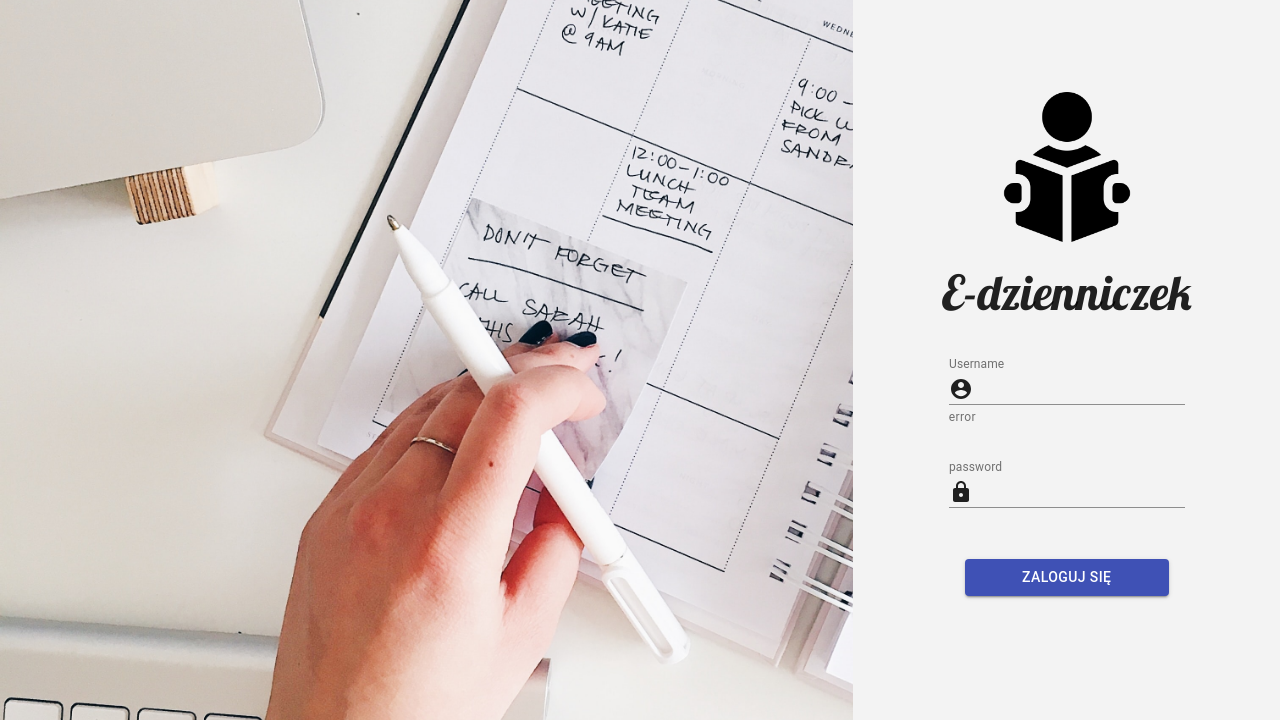
Repository: dominik3131/E-dzienniczek
Page: /
An editor plug-in stored every save of this project. The page is shown before and after a run of saves, followed by the edit.
The browser window is 1280 px wide. The pictures show the whole page.
The project was rebuilt for these pictures with package versions that can differ from the ones it lists, and the page was loaded fresh each time.

Above is the page before, as saved 2020-11-17 15:52:09.

### public/index.html
<!DOCTYPE html>
<html lang="en">

<head>
  <meta charset="utf-8" />
  <meta name="viewport" content="width=device-width, initial-scale=1" />
  <meta name="theme-color" content="#f3f3f3" />
  <meta name="description" content="Web site created using create-react-app" />
  <link rel="stylesheet" type="text/css" href="//fonts.googleapis.com/css?family=Lobster" />
  <title>React App</title>
</head>

<body>
  <noscript>You need to enable JavaScript to run this app.</noscript>
  <div id="root"></div>
  <!--
      This HTML file is a template.
      If you open it directly in the browser, you will see an empty page.

      You can add webfonts, meta tags, or analytics to this file.
      The build step will place the bundled scripts into the <body> tag.

      To begin the development, run `npm start` or `yarn start`.
      To create a production bundle, use `npm run build` or `yarn build`.
    -->
</body>

</html>

### src/App.js
import "./App.css";
import { BrowserRouter as Router, Route, Switch } from "react-router-dom";
import LoginPageContainer from "./containers/LoginPageContainer";
//Initial page

function App() {
  return (
    <div className="App">
      <Router>
        <Switch>
          <Route path="/" exact component={LoginPageContainer} />
        </Switch>
      </Router>
    </div>
  );
}

export default App;

### src/App.css
*,
*::before,
*::after {
  box-sizing: border-box;
}

body {
  min-width: 280px;
}

.app {
  min-width: 100vw;
  min-height: 100vh;
  overflow: hidden;
}

### src/containers/LoginPageContainer/index.js
import React from "react";
import {
  MuiThemeProvider,
  createMuiTheme,
  makeStyles,
} from "@material-ui/core/styles";
import { CssBaseline, Grid, Box } from "@material-ui/core";
import useMediaQuery from "@material-ui/core/useMediaQuery";
import Typography from "@material-ui/core/Typography";
import background from "../../assets/background.jpg";
import { loginPanel as backgroundPanelColor } from "../../styles/background";
import readingBook from "../../assets/reading-book.png";
import LoginForm from "../../components/LoginForm/LoginForm";
import withLogin from "../../shared/withLogin";

const LoginFormWithHandleErrorAndLoading = withLogin(LoginForm);

const theme = createMuiTheme({
  overrides: {
    MuiCssBaseline: {
      "@global": {
        body: {
          background: `url(${background}) no-repeat fixed left `,
          backgroundSize: `100%`,
        },
      },
    },
  },
});

const useStyles = makeStyles((theme) => ({
  root: {
    display: "flex",
    flexDirection: "column",
    justifyContent: "center",
    alignItems: "center",
    minHeight: "100vh",
    width: "100%",
    backgroundColor: backgroundPanelColor,
  },
  img: {
    [theme.breakpoints.down("sm")]: {
      width: "100px",
    },
    [theme.breakpoints.up("sm")]: {
      width: "150px",
    },
  },
  h2: {
    fontFamily: "Lobster, open-sans",
    margin: "5% 0",
  },
}));

const LoginPageContainer = () => {
  const matches = useMediaQuery("(min-width:600px)");
  const classes = useStyles();
  return (
    <MuiThemeProvider theme={theme}>
      <CssBaseline />
      <Grid container justify="flex-end">
        <Grid container item md={4} sm={6}>
          <Box className={classes.root}>
            <img className={classes.img} src={readingBook} alt="Logo" />
            <Typography variant={matches ? "h3" : "h4"} className={classes.h2}>
              E-dzienniczek
            </Typography>
            <LoginFormWithHandleErrorAndLoading />
          </Box>
        </Grid>
      </Grid>
    </MuiThemeProvider>
  );
};

export default LoginPageContainer;

### src/styles/background.js
export const loginPanel = "#f3f3f3";

### src/components/LoginForm/LoginForm.js
import React, { useState } from "react";
import InputAdornment from "@material-ui/core/InputAdornment";
import AccountCircle from "@material-ui/icons/AccountCircle";
import LockRoundedIcon from "@material-ui/icons/LockRounded";
import { Button, TextField } from "@material-ui/core";
import { makeStyles } from "@material-ui/core/styles";

const useStyles = makeStyles((theme) => ({
  root: {
    display: "flex",
    flexDirection: "column",
    "& .MuiFormControl-root": {
      margin: theme.spacing(2),
      width: "30ch",
    },
  },
  margin: {
    margin: theme.spacing(4),
  },
}));

const LoginForm = ({ errors, tryLogin, showErrors }) => {
  const [data, setData] = useState({
    username: "",
    password: "",
  });
  const handleChange = (e) =>
    setData({ ...data, [e.target.name]: e.target.value });
  const classes = useStyles();
  return (
    <form className={classes.root} noValidate autoComplete="off">
      <TextField
        id="username"
        name="username"
        helperText="error"
        error={errors.email.length > 0 || null}
        label="Username"
        InputProps={{
          startAdornment: (
            <InputAdornment position="start">
              <AccountCircle />
            </InputAdornment>
          ),
        }}
        onChange={handleChange}
      />
      <TextField
        id="password"
        name="password"
        label="password"
        error={errors.password.length > 0 || null}
        helperText={showErrors("password")}
        InputProps={{
          startAdornment: (
            <InputAdornment position="start">
              <LockRoundedIcon />
            </InputAdornment>
          ),
        }}
        type="password"
        onChange={handleChange}
      />
      <Button
        variant="contained"
        color="primary"
        className={classes.margin}
        onClick={() => tryLogin({ ...data })}
      >
        Zaloguj się
      </Button>
    </form>
  );
};

export default LoginForm;

### src/shared/withLogin.js
import { React, useState } from "react";
import { useDispatch } from "react-redux";
import { login } from "../actions/auth";
import { loginFieldsValidate } from "../validation/login";
import CircularProgress from "@material-ui/core/CircularProgress";
// eslint-disable-next-line import/no-anonymous-default-export
export default (Cmp) => {
  return (props) => {
    const [loading, setLoading] = useState(false);
    const [errors, setErrors] = useState({
      email: [],
      password: [],
    });
    const dispatch = useDispatch();

    if (loading) {
      return <CircularProgress />;
    }
    const logIn = ({ username, password }) => {
      setLoading(true);
      setErrors(loginFieldsValidate(username, password));
      if ((errors.email.length === 0) & (errors.password.length === 0)) {
        debugger;
        dispatch(login(username, password));
      }
      setLoading(false);
    };

    const showErrors = (field) => {
      return errors[field].map((err) => err);
    };

    return (
      <Cmp
        {...props}
        tryLogin={logIn}
        errors={errors}
        showErrors={showErrors}
      />
    );
  };
};

### src/reducers/auth.js
import { LOGIN_SUCCESS, LOGIN_FAIL, LOGOUT } from "../actions/types";

const user = JSON.parse(localStorage.getItem("user"));

const initialState = user
  ? { isLoggedIn: true, user }
  : { isLoggedIn: false, user: null };

// eslint-disable-next-line import/no-anonymous-default-export
export default function (state = initialState, action) {
  const { type, payload } = action;

  switch (type) {
    case LOGIN_SUCCESS:
      return {
        ...state,
        isLoggedIn: true,
        user: payload.user,
      };
    case LOGIN_FAIL:
      return {
        ...state,
        isLoggedIn: false,
        user: null,
      };
    case LOGOUT:
      return {
        ...state,
        isLoggedIn: false,
        user: null,
      };
    default:
      return state;
  }
}

### src/reducers/message.js
import { SET_MESSAGE, CLEAR_MESSAGE } from "../actions/types";

const initialState = {};

// eslint-disable-next-line import/no-anonymous-default-export
export default function (state = initialState, action) {
  const { type, payload } = action;

  switch (type) {
    case SET_MESSAGE:
      return { message: payload };

    case CLEAR_MESSAGE:
      return { message: "" };

    default:
      return state;
  }
}

### src/actions/auth.js
import { LOGIN_SUCCESS, LOGIN_FAIL, LOGOUT, SET_MESSAGE } from "./types";
import AuthService from "../services/auth.service";

export const login = (username, password) => (dispatch) => {
  return AuthService.login(username, password).then(
    (data) => {
      dispatch({
        type: LOGIN_SUCCESS,
        payload: { user: data },
      });

      return Promise.resolve();
    },
    (error) => {
      const message =
        (error.response &&
          error.response.data &&
          error.response.data.message) ||
        error.message ||
        error.toString();

      dispatch({
        type: LOGIN_FAIL,
      });

      dispatch({
        type: SET_MESSAGE,
        payload: message,
      });

      return Promise.reject();
    }
  );
};

export const logout = () => (dispatch) => {
  AuthService.logout();

  dispatch({
    type: LOGOUT,
  });
};

### src/validation/login.js
import validator from "validator";

export const loginFieldsValidate = (username, password) => {
  let errors = {
    email: [],
    password: [],
  };
  if (validator.isEmpty(username) || !validator.isEmail(username)) {
    errors.email.push("Podaj e-mail!");
  }
  if (validator.isEmpty(password)) {
    errors.password.push("Wprowadź hasło!");
  }
  if (password.length < 5) {
    errors.password.push("Hasło musi zawierać conajmniej 5 znaków");
  }
  return errors;
};

### src/services/auth.service.js
import axios from "axios";
import { loginApiUrl } from "../helpers/routes";

class AuthService {
  login(username, password) {
    return axios
      .post(`${loginApiUrl()}`, { username, password })
      .then((response) => {
        if (response.data.key) {
          localStorage.setItem("user", JSON.stringify(response.data));
        }
        // console.log(response);
        return response.data;
      })
      .catch((err) => console.log(err));
  }

  logout() {
    localStorage.removeItem("user");
  }
}

export default new AuthService();

### src/helpers/routes.js
const serverUrl = "https://e-dzienniczek.herokuapp.com";

export const loginApiUrl = () => `${serverUrl}/api/login`;

Loaded but not shown: src/index.js (common file); src/index.css (common file); src/reportWebVitals.js (common file); src/store.js (common file); src/reducers/index.js (common file); src/actions/types.js (common file)

After the next 2 saves:
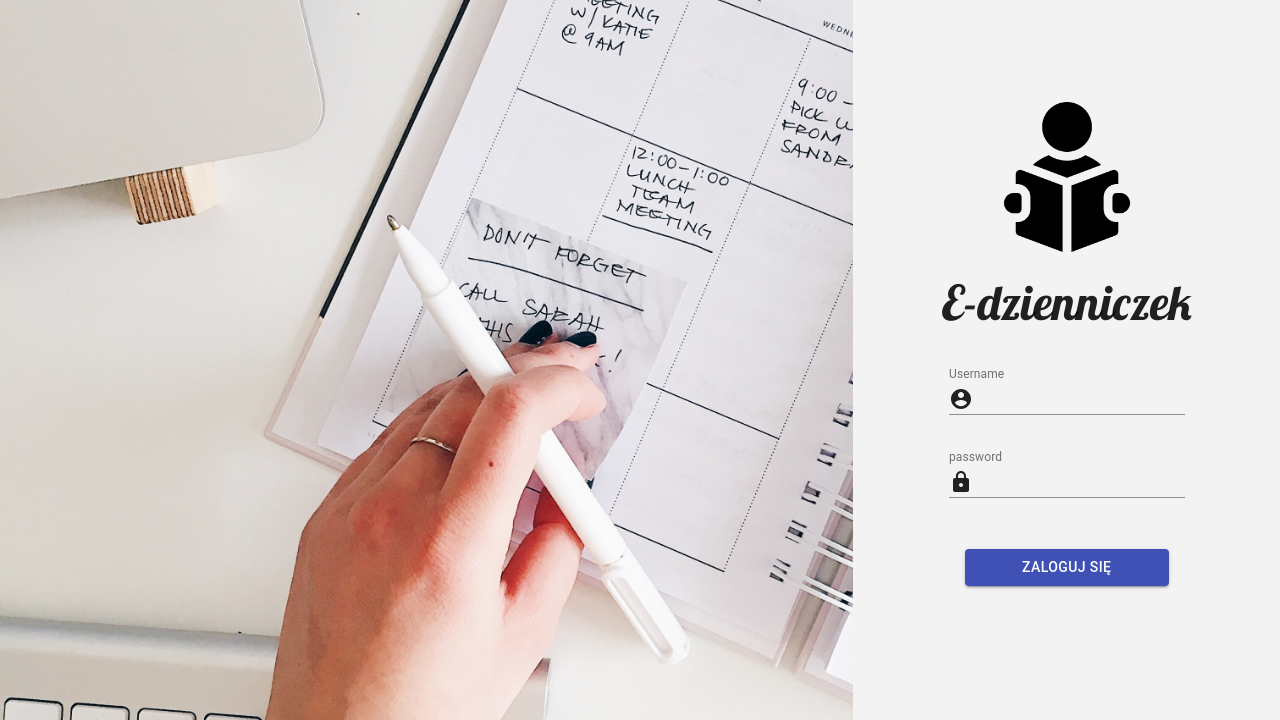
The 2 saves are shown as one change because they came seconds apart.
The last was saved 82 s later.
--- a/src/components/LoginForm/LoginForm.js
+++ b/src/components/LoginForm/LoginForm.js
@@ -32,7 +32,7 @@ const LoginForm = ({ errors, tryLogin, showErrors }) => {
       <TextField
         id="username"
         name="username"
-        helperText="error"
+        helperText={showErrors("email")}
         error={errors.email.length > 0 || null}
         label="Username"
         InputProps={{
